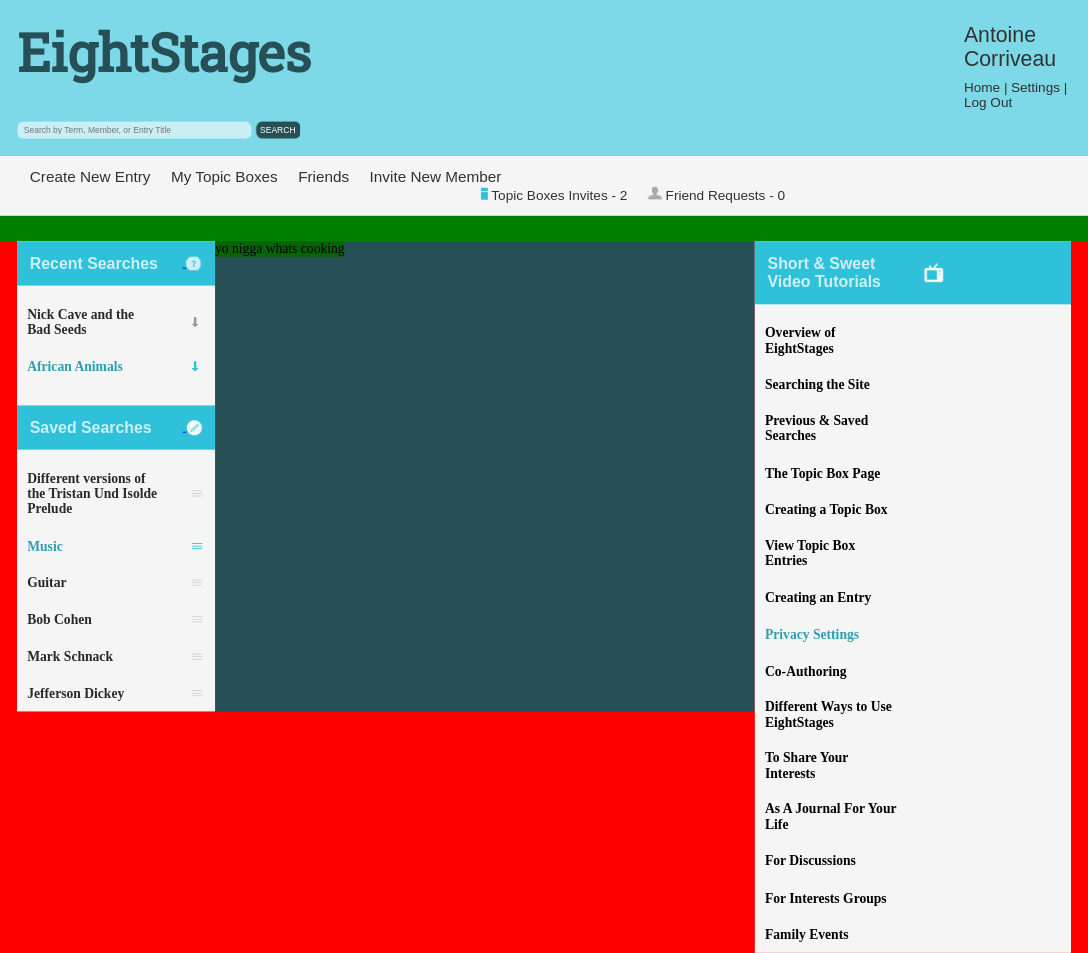
Repository: bhattaraib58/eighstages-lf-design
Page: Assignment 3/Eight Stages Website Mockup Done/index.html
An editor plug-in stored every save of this project. The page is shown before and after the next save, followed by the edit.
The browser window is 1280 px wide. The pictures show the whole page, at 85% of full size.
Some web fonts or font styles are not loaded; a fallback is used.

Above is the page before, as saved 2019-06-10 00:58:30.

After the next save:
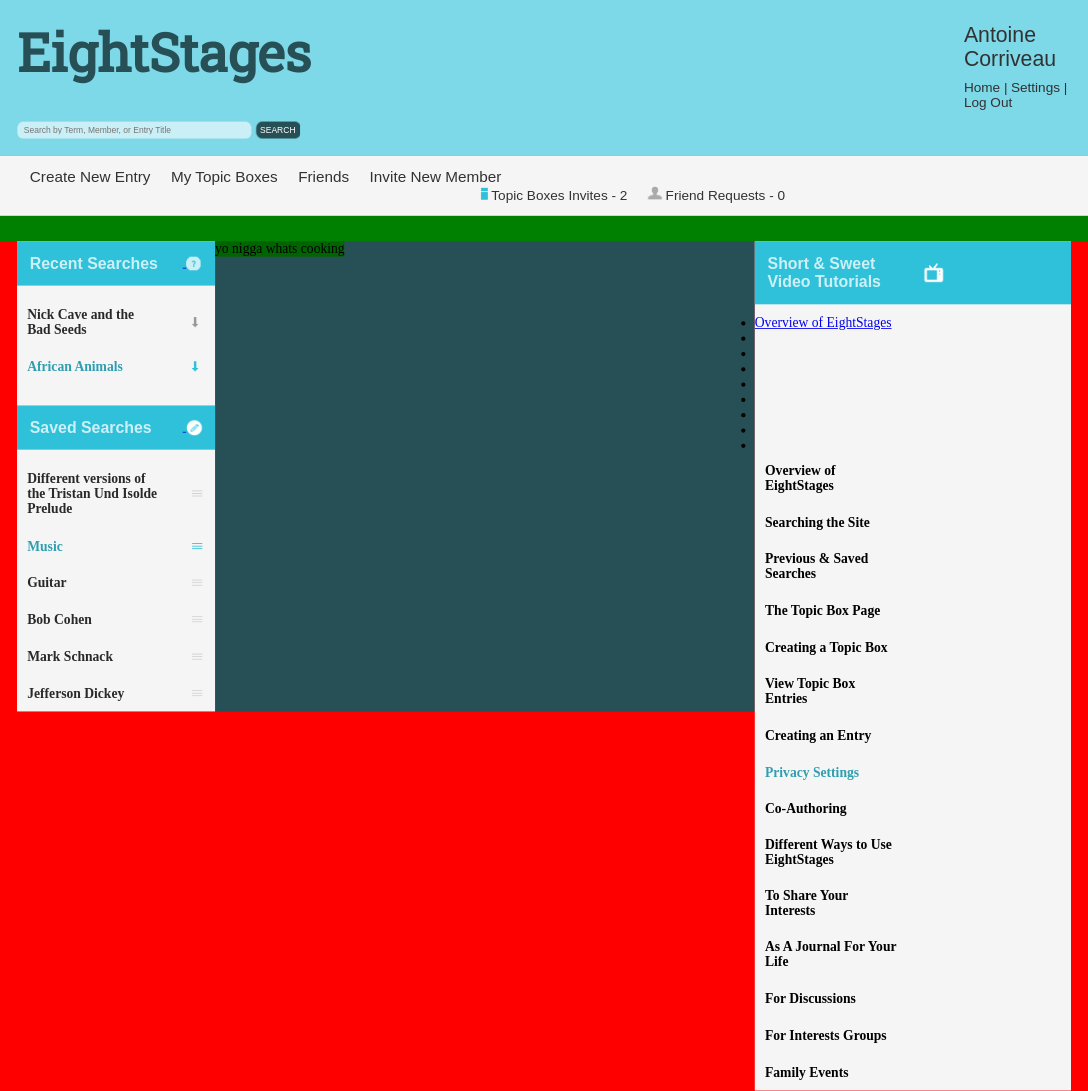
Saved 88 s later.
--- a/Assignment 3/Eight Stages Website Mockup Done/index.html
+++ b/Assignment 3/Eight Stages Website Mockup Done/index.html
@@ -144,6 +144,19 @@
                 <img src="images/tv-icon.png" alt="TV (Watch) Icon">
             </div>
             <div class="searches-content">
+                <ul>
+                    <li><a href="#">
+                            Overview of EightStages
+                    </a></li>
+                    <li></li>
+                    <li></li>
+                    <li></li>
+                    <li></li>
+                    <li></li>
+                    <li></li>
+                    <li></li>
+                    <li></li>
+                </ul>
                 <div class="content">
                     <div>Overview of EightStages</div>
                 </div>
